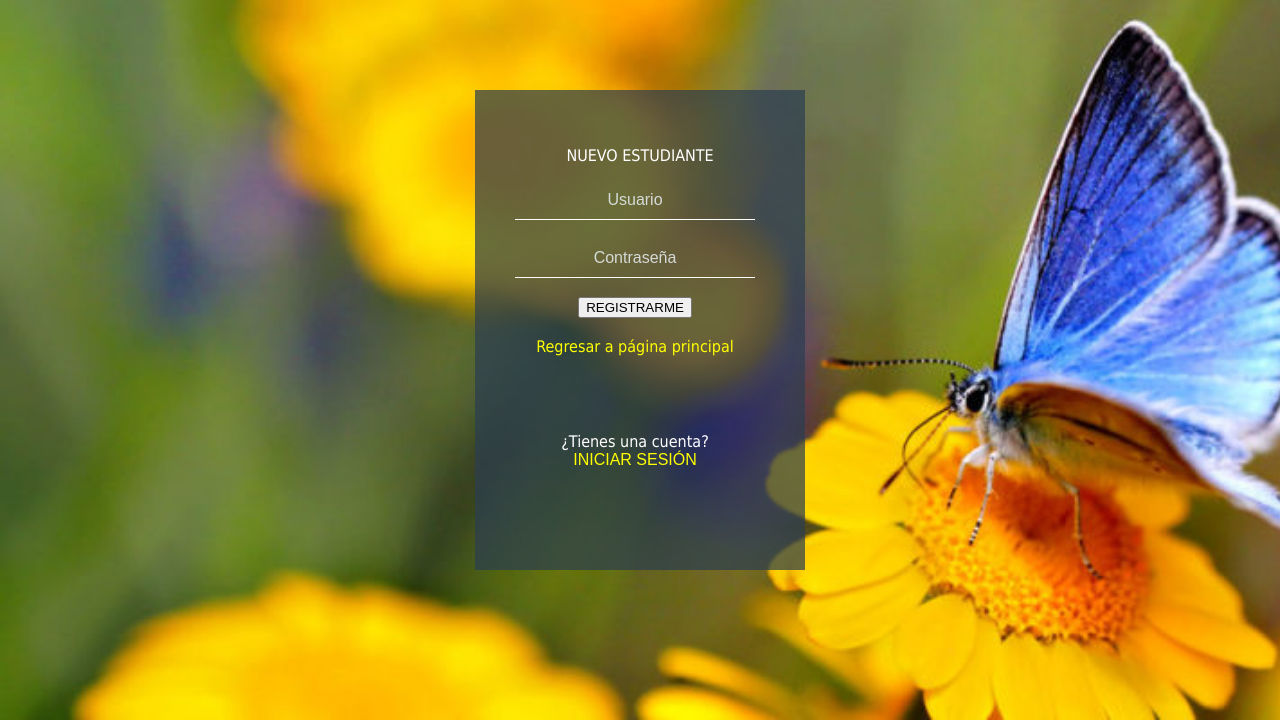
Repository: roberthcobena/Php
Page: http://localhost/registro.php
The author's editor kept a copy of each file at every save. The page is drawn from the files as they stood at one save, then again after the next save.
The browser window is 1280 px wide. The pictures show the whole page.
Some web fonts or font styles are not loaded; a fallback is used. The page is run by PHP 8.4 with error messages shown; the project is at /var/www/html/.

Above is the page before, as saved 2020-06-25 10:14:51.

After the next save:
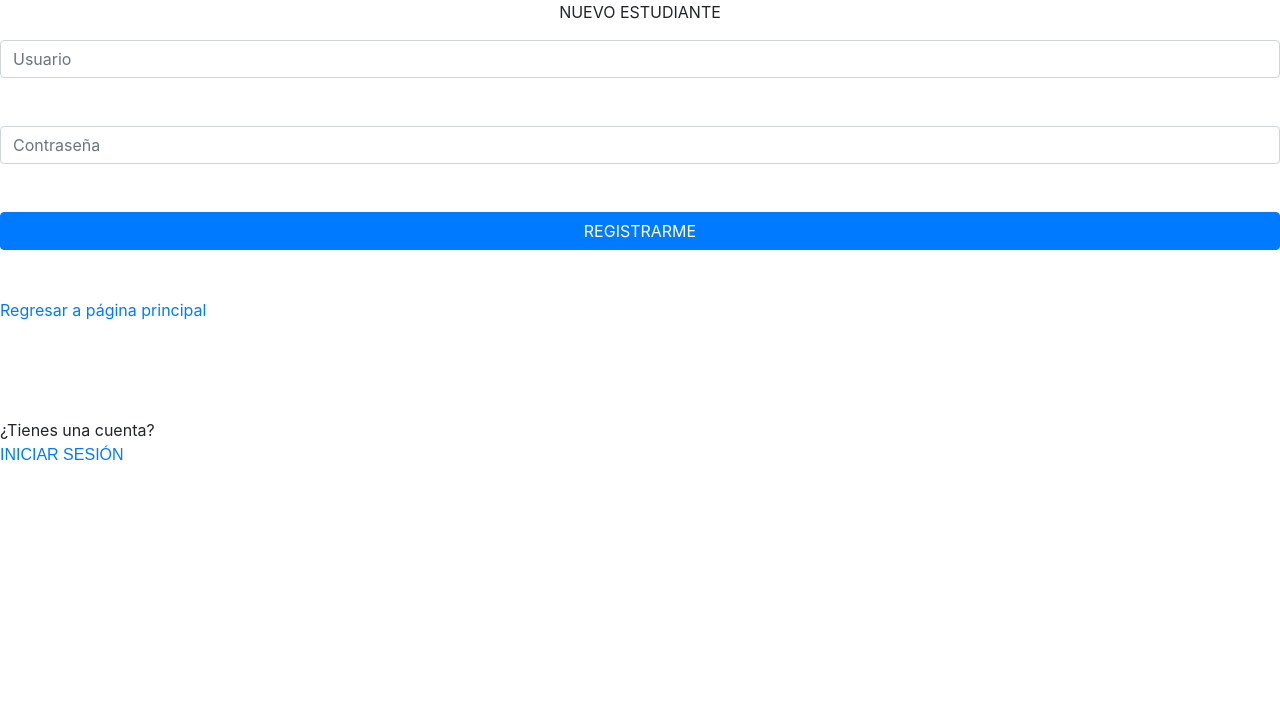
Saved 90 s later.
--- a/Educativa/registro.php
+++ b/Educativa/registro.php
@@ -15,8 +15,8 @@
 <head>
 <meta http-equiv="Content-Type" content="text/html; charset=utf-8" />
 <title>INGRESAR</title>
-<link href="recursos/login/css/logn.css" rel="stylesheet" type="text/css" />
-<link href="https://fonts.googleapis.com/css?family=Play" rel="stylesheet">
+<link rel="stylesheet" href="https://stackpath.bootstrapcdn.com/bootstrap/4.1.3/css/bootstrap.min.css"
+    integrity="sha384-MCw98/SFnGE8fJT3GXwEOngsV7Zt27NXFoaoApmYm81iuXoPkFOJwJ8ERdknLPMO" crossorigin="anonymous">
 <link rel="icon" href="recursos/template/images/favicon.ico" type="image/x-icon">
 </head>
 
